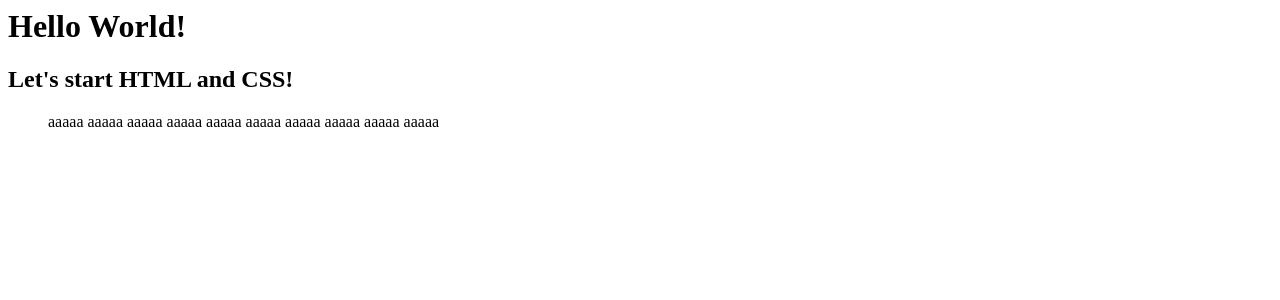
Repository: samuraiyutaichita/sample
Page: http://localhost/test.php
The author's editor kept a record of every edit. The page is drawn from the files as they stood at one moment, then again after the next edit.
The browser window is 1280 px wide. The pictures show the whole page.
The page is run by PHP 8.4 with error messages shown; the project is at /var/www/html/.

Above is the page before.

After the next edit:
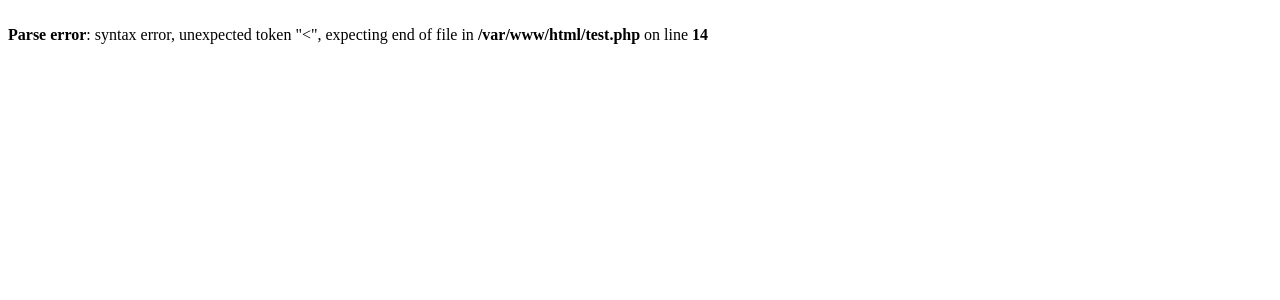
The edit:
--- a/test.php
+++ b/test.php
@@ -10,3 +10,7 @@
     print_r("aaaaa"."\n");
      // code...
 }
+
+    <li>bullet point2</li>
+    <li>bullet point3</li>
+</ul>
